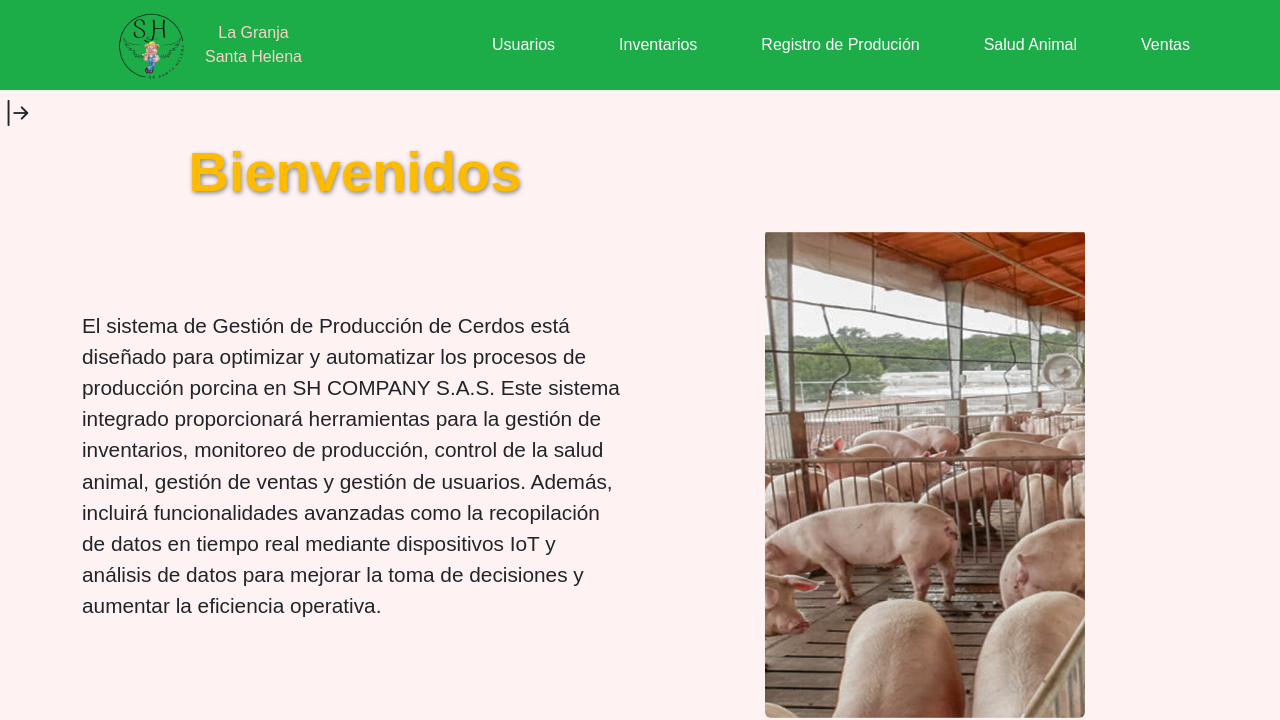
Repository: Mateojimenezz/Granja-Santa-Helena
Page: paginaDeInicio.html
These files come from the project's save history. The page is drawn as it stood at one moment and after the next save; the edit follows.
The browser window is 1280 px wide. The pictures show the whole page.
Some web fonts or font styles are not loaded; a fallback is used.

Above is the page before, as saved 2025-03-31 15:36:34.

### paginaDeInicio.html
<!DOCTYPE html>
<html lang="es">
<head>
    <meta charset="UTF-8">
    <meta name="viewport" content="width=device-width, initial-scale=1.0">
    <title>La Granja</title>
    <link href="https://cdn.jsdelivr.net/npm/bootstrap@5.3.3/dist/css/bootstrap.min.css" rel="stylesheet" integrity="sha384-QWTKZyjpPEjISv5WaRU9OFeRpok6YctnYmDr5pNlyT2bRjXh0JMhjY6hW+ALEwIH" crossorigin="anonymous">

    <link rel="stylesheet" href="./assets/css/index.css">
    <link rel="stylesheet" href="./assets/css/paginaDeInicio.css">
    <link rel="stylesheet" href="https://cdn.jsdelivr.net/npm/bootstrap-icons@1.11.3/font/bootstrap-icons.min.css">
    <link href="https://fonts.googleapis.com/css2?family=Calistoga&display=swap" rel="stylesheet">

  </head>
<body>
  <header class="header sticky-top d-flex  align-items-center ">
    <div class="container d-flex  align-items-center justify-content-between ">
      <div class="logo">
        <img  src="./assets/img/logo.png" width="90" alt="Logo">
        <span>La Granja <br> Santa Helena</span>
      </div>
      <nav class="navbar navbar-expand-lg ">
        <button class="navbar-toggler toggler-focus text-white" type="button" data-bs-toggle="collapse" data-bs-target="#menu" aria-controls="menu" aria-expanded="false" aria-label="Toggle navigation">
          <span class="navbar-toggler-icon"></span>
        </button>
        <div class="collapse navbar-collapse" id="menu">
          <ul class="navbar-nav ms-auto    gap-md-3 gap-lg-5">
            <li class="nav-item"><a class="nav-link" href="#" >Usuarios</a>
            </li>
            <li class="nav-item"><a class="nav-link" href="#">Inventarios</a></li>
            <li class="nav-item"><a class="nav-link" href="#">Registro de Produción</a></li>
            <li class="nav-item"><a class="nav-link" href="#">Salud Animal</a></li>
            <li class="nav-item"><a class="nav-link" href="#">Ventas</a></li>
          </ul>
        </div>
        </div>
      </nav>
    </div>
  </header>
  <button id="toggleMenu" class="d-none d-sm-none d-md-block  btn  position-fixed  btn-MenuLateralAbrir ">
    <span><i class="bi bi-arrow-bar-right"></i></span>
  </button>
  <!-- Menú lateral -->
  <div id="sidebar" class=" border-end vh-100 position-fixed start-0 p-3  ">
    <button id="closeMenu" class="btn  mb-1 btn-MenuLateralCerrar">
      <span><i class="bi bi-arrow-bar-left"></i></span>
    </button>
    <ul class="nav flex-column">
      <li class="nav-item">
        <a class="nav-link" href="#" data-target="menu-usuarios">Usuarios</a>
      </li>
      <li class="nav-item">
        <a class="nav-link" href="#" data-target="menu-inventario">Inventario</a>
      </li>
      <!-- Agrega más elementos aquí -->
    </ul>
  </div>
  <main class="container">
    <!-- Sección 1 -->
    <section class="row seccion-1">
      <article class="col-12 col-lg-6 d-flex justify-content-center align-items-center mt-5 mb-2">
        <h1 >Bienvenidos</h1>
      </article>
    </section>
    <!-- Sección 2 -->
    <section class="row seccion-2 -gap-10 mt-2">
      <article class="d-flex flex-column align-items-center justify-content-center col-12 col-lg-6 ">
        <p class="text-justify">
          El sistema de Gestión de Producción de Cerdos está diseñado para optimizar y automatizar
          los procesos de producción porcina en SH COMPANY S.A.S. Este sistema integrado proporcionará herramientas
          para la gestión de inventarios, monitoreo de producción, control de la salud animal, gestión de ventas y gestión de usuarios.
          Además, incluirá funcionalidades avanzadas como la recopilación de datos en tiempo real mediante dispositivos IoT y análisis de datos
          para mejorar la toma de decisiones y aumentar la eficiencia operativa.
        </p>
      </article>
      <!-- Imagen -->
      <article class="col-12 col-lg-6 d-flex justify-content-center align-items-center ">
        <img
          src="assets/img/Upload-5a8315b810a15-13022018 1.png"  width="320" height="200"
          class="img-fluid rounded"
          alt="Fotografía de la granja"
        />
      </article>
    </section>
  </main>










  <!-- bootstrap JS -->
  <script src="https://cdn.jsdelivr.net/npm/bootstrap@5.3.3/dist/js/bootstrap.bundle.min.js" integrity="sha384-YvpcrYf0tY3lHB60NNkmXc5s9fDVZLESaAA55NDzOxhy9GkcIdslK1eN7N6jIeHz" crossorigin="anonymous"></script>
  <script src="./assets/js/menu.js"></script>
  <script src="./assets/js/menuLateral.js"></script>
</body>

</html>

### assets/css/index.css
@import "./variables.css";

/* === General === */
body {
  margin: 0;
  font-family: var(--font-principal);
  background-color: var(--color-FondoDiv2);
}

/* === Header === */
.header {
  background-color: var(--color-principal);
  color: var(--color-texto);
  font-size: 1rem;
}

.logo {
  display: flex;
  align-items: center;
  gap: 0.5rem;
  color: #FCD1C6;
  text-align: center;
  margin-left: 25px;
}

/* === Botón Ingresar === */
.ingresar,
.ingresar1 {
  color: white !important;
  cursor: pointer;
  display: flex;
  align-items: center;
  gap: 10px;
}

.ingresar {
  margin-left: 110px;
  margin-right: 100px;
}

.ingresar h5:hover,
.ingresar1 h5:hover {
  color: var(--color-fondoDiv);
}

/* === Navbar === */
.navar-nav {
  justify-content: center;
}

.nav-link {
  position: relative;
  color: white;
  text-decoration: none;
  padding: 0.5rem;
  transition: color 0.3s ease-in-out;
}
.nav-link:active{
  color: red;
}

.nav-link::after {
  content: '';
  position: absolute;
  left: 15px;
  bottom: 0;
  width: 0;
  height: 2px;
  background-color: var(--color-FondoDiv2);
  transition: width 0.3s ease-in-out;
}

.nav-link:hover {
  color: var(--color-fondoDiv);
}

.nav-link:hover::after {
  width: 75%;
}

/* === Sección 1 - Imagen Principal === */
.imagen1 {
  width: 100%;
  height: 500px;
  object-fit: cover;
}

.titulo1 {
  position: absolute;
  top: 50%;
  left: 50%;
  transform: translate(-50%, -50%);
  color: white;
  font-size: 4rem;
  font-weight: bold;
  text-shadow: 2px 2px 5px var(--color-principal);
  text-align: center;
}

/* === Sección 3 === */
.seccion-3 {
  background-color: var(--color-fondoDiv);
}

/* === Footer === */
.footer {
  background-color: var(--color-Footter);
  padding-left: 50px;
  padding-bottom: 0px;
  margin-bottom: -50px;
}

.Logofooter {
  max-width: 250px;
  margin-right: 50px;
}

/* === Responsividad === */
@media (max-width: 991px) {

  /* Ajustes en dispositivos pequeños */
  .logo {
    margin-left: -10px;
  }

  .navbar-toggler {
    border: none !important;
  }

  .navbar-toggler:focus,
  .navbar-toggler:active,
  .navbar-toggler:hover {
    outline: none !important;
    box-shadow: 0 0 10px #F8E91C !important;
  }

  /* Ocultar ingresar en pantallas pequeñas y mostrar ingresar1 */
  .ingresar {
    display: none;
  }

  .ingresar1 {
    display: flex;
  }

  .ingresar1 .bi {
    padding-top: 5px;
  }
}

### assets/css/paginaDeInicio.css
#sidebar {
  display: none;
  transition: all 0.3s ease; /* Animación opcional */
  background-color: var(--color-menu-lateral);
  width: 250px;
}

#sidebar.open {
  display: block;
}
.btn-MenuLateralAbrir{
  margin-top: -5px;
  margin-left: -10px;
  font-size: 30px;
  font-weight: 700;
  border:none;

}

.btn-MenuLateralCerrar{
  margin-top: -20px;
  margin-left: 190px;
  font-size: 25px;
  border:none;
}
.seccion-1 h1{
    font-family: var(--font-principal);
    color:  #FFBB00;
    font-size: 3.5em;
    font-weight: bold;
    text-shadow: gray 1px 2px 5px;

}
.seccion-2{
  font-size: 1.3em;
  font-family: Arial;
}
@media (max-width: 768px) { /* Para pantallas menores a md */
  #sidebar {
    display: none !important; /* Oculta el menú lateral */
  }
  #toggleMenu, #closeMenu {
    display: none !important; /* Oculta los botones asociados */
  }
}

### assets/js/menu.js
document.addEventListener("DOMContentLoaded", function () {
    const menuToggle = document.querySelector(".navbar-toggler");
    const logo = document.querySelector(".logo");
    const menu = document.getElementById("menu");

    menuToggle.addEventListener("click", function () {
      const isMenuOpen = menu.classList.contains("show");

      if (isMenuOpen) {
        // Cuando el menú está abierto, restauramos el logo
        logo.style.display = "flex";
      } else {
        // Cuando el menú está cerrado, ocultamos el logo
        logo.style.display = "none";
      }
    });

    // Detectar cuando el usuario cierra el menú automáticamente
    menu.addEventListener("hidden.bs.collapse", function () {
      logo.style.display = "flex";
    });
  });

### assets/js/menuLateral.js
document.addEventListener("DOMContentLoaded", function () {
  const toggleMenu = document.getElementById("toggleMenu");
  const closeMenu = document.getElementById("closeMenu");
  const sidebar = document.getElementById("sidebar");
  const mainContent = document.querySelector("main"); // Selecciona el contenido principal
  const navLinks = document.querySelectorAll(".navbar-nav .nav-link"); // Selecciona los enlaces del menú superior

  // Función que verifica si la pantalla es grande
  function isLargeScreen() {
    return window.innerWidth >= 768; // Define pantallas grandes (md o más)
  }

  // Mostrar/ocultar el menú solo si la pantalla es grande
  if (isLargeScreen()) {
    toggleMenu.addEventListener("click", function () {
      if (sidebar.style.display === "none" || sidebar.style.display === "") {
        sidebar.style.display = "block"; // Muestra el menú lateral
        mainContent.style.marginLeft = "270px"; // Desplaza el contenido hacia la derecha
      } else {
        sidebar.style.display = "none"; // Oculta el menú lateral
        mainContent.style.marginLeft = "220px"; // Restaura el contenido al margen original
      }
    });

    closeMenu.addEventListener("click", function () {
      sidebar.style.display = "none"; // Oculta el menú lateral
      mainContent.style.marginLeft = "220px"; // Restaura el contenido al margen original
    });

    // Funcionalidad para los ítems del menú superior
    navLinks.forEach(link => {
      link.addEventListener("click", function (e) {
        e.preventDefault(); // Evita el comportamiento predeterminado del enlace

        if (sidebar.style.display === "block") {
          sidebar.style.display = "none"; // Oculta el menú lateral
          mainContent.style.marginLeft = "220px"; // Restaura el contenido al margen original
        } else {
          sidebar.style.display = "block"; // Despliega el menú lateral
          mainContent.style.marginLeft = "270px"; // Desplaza el contenido principal
        }
      });
    });
  }

  // Opcional: ocultar el menú inmediatamente si el usuario redimensiona a una pantalla pequeña
  window.addEventListener("resize", function () {
    if (!isLargeScreen()) {
      sidebar.style.display = "none"; // Oculta el menú lateral
      mainContent.style.marginLeft = "0"; // Restaura el contenido al margen original
    }
  });
});

### assets/css/variables.css
/* variables.css */
:root {
    --color-principal: #1CAD48 ;
    --color-Botones: rgba(255, 187, 0, 0.47);
    --color-texto: white;
    --color-fondo: #f5f5f5;
    --font-principal: 'calistoga','arial';
    --color-fondoDiv: #F8E91C;
    --color-FondoDiv2:#FFF2F2;
    --color-Footter: #D9D9D9;
    --letra-gris: #B0B0B7;
    --color-menu-lateral:#BDEAAD;
  }

After the next save:
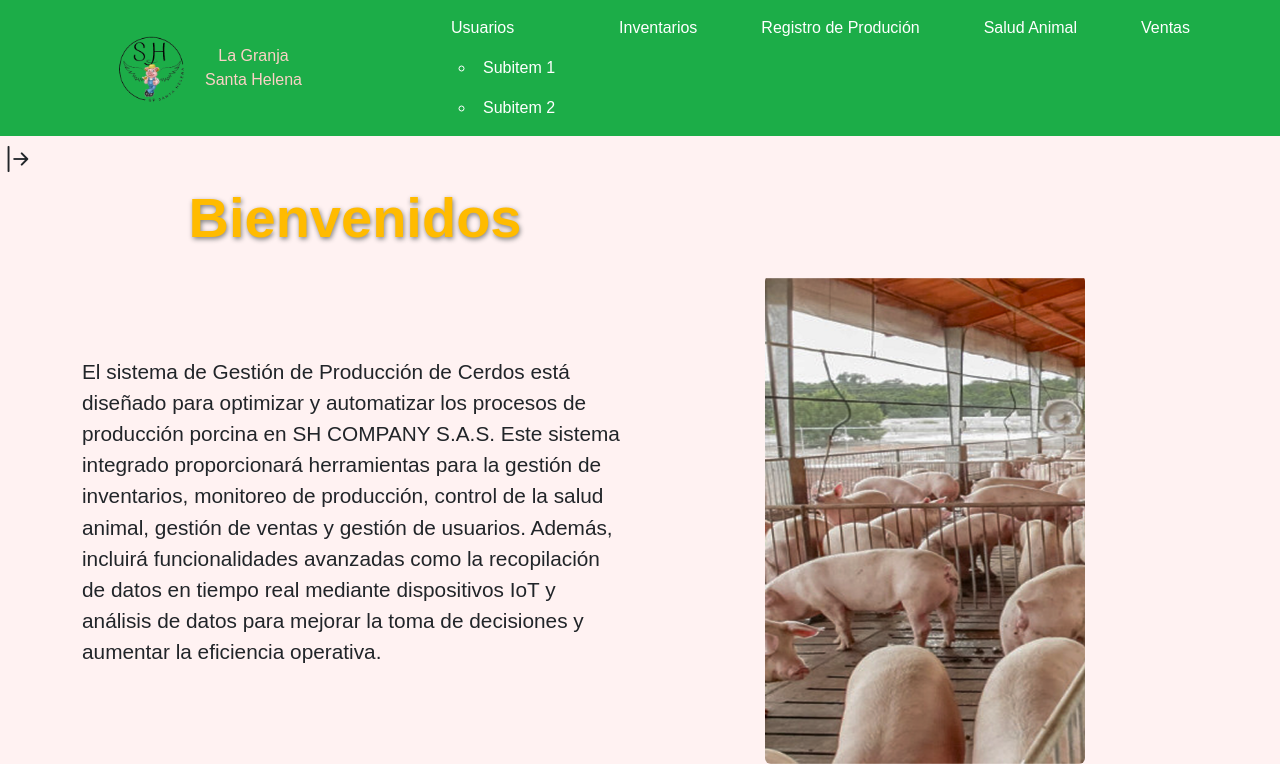
Saved 5 s later.
--- a/paginaDeInicio.html
+++ b/paginaDeInicio.html
@@ -26,6 +26,10 @@
         <div class="collapse navbar-collapse" id="menu">
           <ul class="navbar-nav ms-auto    gap-md-3 gap-lg-5">
             <li class="nav-item"><a class="nav-link" href="#" >Usuarios</a>
+              <ul class="submenu">
+                <li><a class="nav-link" href="#">Subitem 1</a></li>
+                <li><a class="nav-link" href="#">Subitem 2</a></li>
+              </ul>
             </li>
             <li class="nav-item"><a class="nav-link" href="#">Inventarios</a></li>
             <li class="nav-item"><a class="nav-link" href="#">Registro de Produción</a></li>
